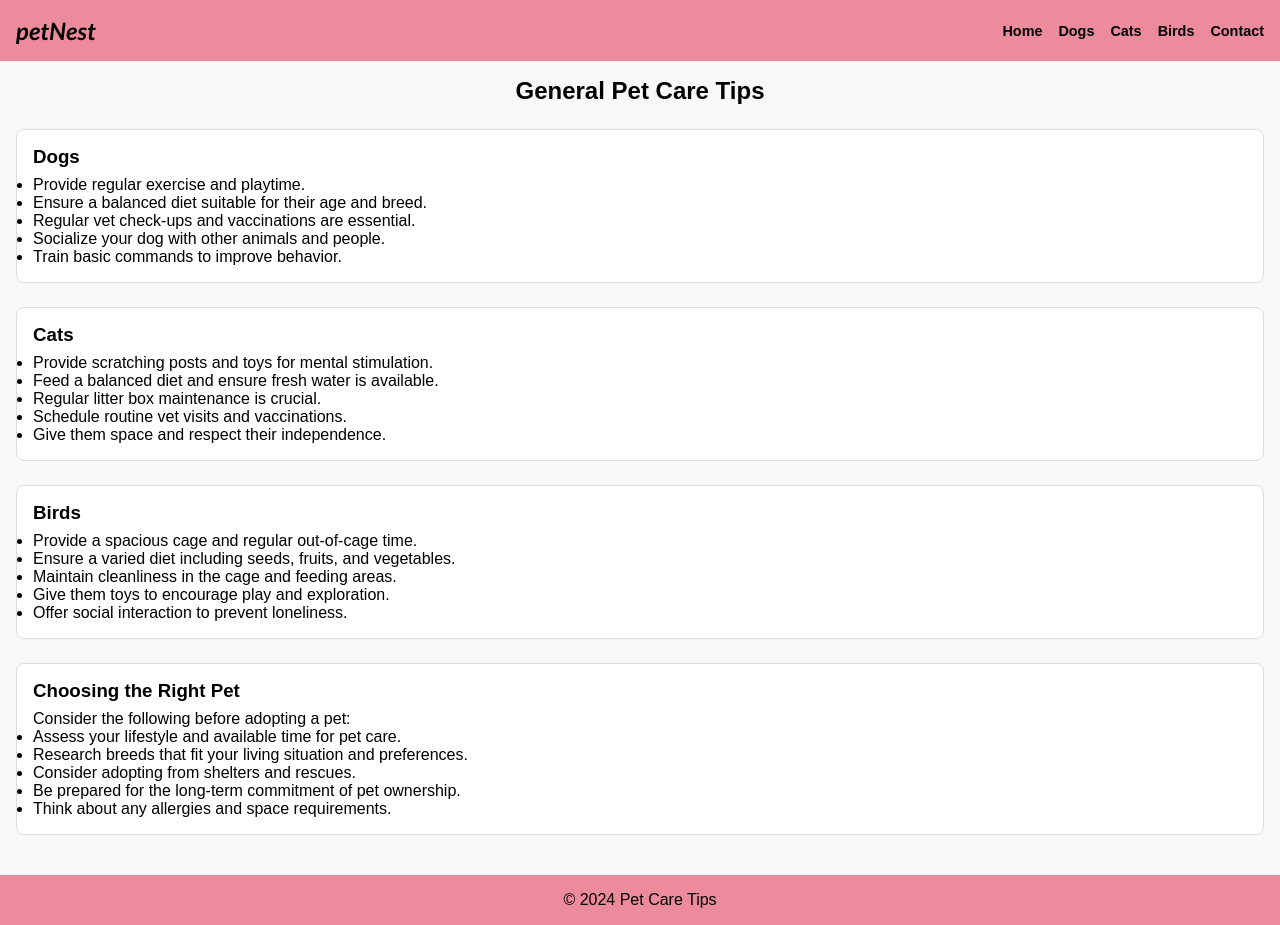
Repository: SHAHZADcodr/pet_care
Page: pages/tips.html
These files come from the project's save history. The page is drawn as it stood at one moment and after a run of saves; the edit follows.
The browser window is 1280 px wide. The pictures show the whole page.

Above is the page before, as saved 2024-11-04 23:21:31.

After the next 4 saves:
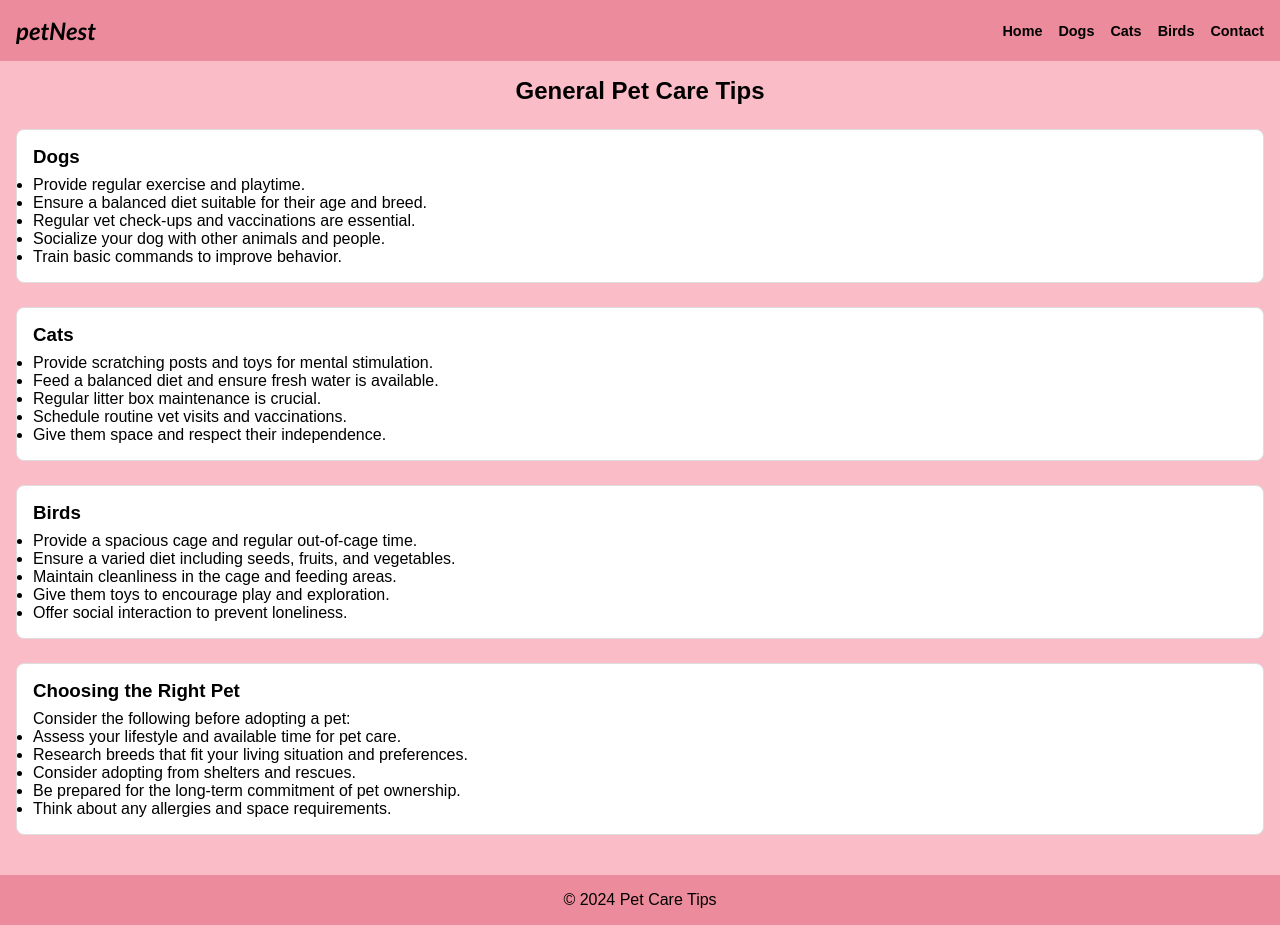
The 4 saves are shown as one change because they came seconds apart.
The last was saved 15 s later.
--- a/pages/tips.css
+++ b/pages/tips.css
@@ -15,7 +15,7 @@ body {
     display: flex;
     flex-direction: column;
     min-height: 100vh; /* Ensures body takes full height of the viewport */
-    background-color: #f8f8f8;
+    background-color:var(--bg--body-color);
 }
 
 
